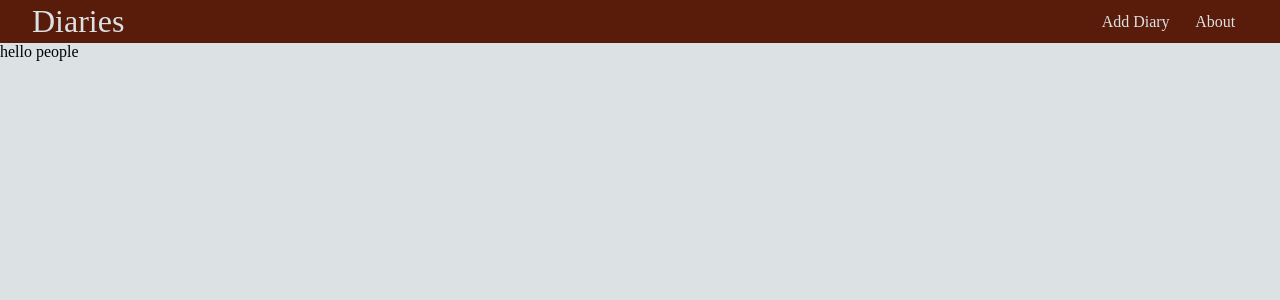
Repository: Tun-Dev/mydiary
Page: /
The author's editor kept a copy of each file at every save. The page is drawn from the files as they stood at one save, then again after the next save.
The browser window is 1280 px wide. The pictures show the whole page.
The project was rebuilt for these pictures with package versions that can differ from the ones it lists, and the page was loaded fresh each time.

Above is the page before, as saved 2021-05-10 12:30:33.

### src/index.js
import React from 'react';
import ReactDOM from 'react-dom';
import {BrowserRouter} from 'react-router-dom'
import App from './App';


ReactDOM.render(

  <React.StrictMode>
  <BrowserRouter>
    <App />
    </BrowserRouter>
  </React.StrictMode>,
  document.getElementById('root')
);

// If you want to start measuring performance in your app, pass a function
// to log results (for example: reportWebVitals(console.log))
// or send to an analytics endpoint. Learn more: https://bit.ly/CRA-vitals

### src/App.js
import React, { useState, useEffect} from "react";
import GlobalStyle from './GlobalStyle'

// import styles
import Nav from './Layout/Nav.js';

function App() {
  // const [ name, setName ] = useState("");
  // useEffect( () => {
  //   fetch("https://my-json-server.typicode.com/Codeinwp/front-end-internship-api/posts")
  // .then((response) => response.json())
  // .then((data) => setName(data)
  // )
  // }, [] )
  return (
    <div className="App">
    <GlobalStyle />
    <Nav />
    <div className="container">
      <p>hello people </p>
    </div>
    </div>
  );
}

export default App;

### src/GlobalStyle.js
import {createGlobalStyle} from 'styled-components';

const GlobalStyle = createGlobalStyle`
  * {
      margin: 0;
      padding: 0;
      box-sizing: border-box;
  }
  body {

 background-color: #dce1e3;
}
 a {
    text-decoration: none;
}
`

export default GlobalStyle;

### src/Layout/Nav.js
import React from 'react';
import styled from 'styled-components';
import {Link} from 'react-router-dom'

const Nav = () => {
    return (
        <NavBar>
          <nav>
         <div className="header">
           Diaries
         </div>
         <ul className="navItens">
           <li><Link to="">Add Diary</Link></li>
           <li><Link to="">About</Link></li>
         </ul>
          </nav>
        </NavBar>
    )
}
const NavBar = styled.div`

  nav {
    display: flex;
    justify-content: space-between;
    align-items: center;
    background-color: #591c0b;
     height: 6vh;
     color: #dce1e3;
}
.header {
    margin: 0 2rem;
    font-size: 2rem;
}
ul {
    display: flex;
    margin: 0 2rem;
}
ul li {
    list-style: none;
    margin: 0 0.8rem;
}
ul li a {
    color: #dce1e3;
}
`;

export default Nav;

Loaded but not shown: public/index.html (common file)

After the next save:
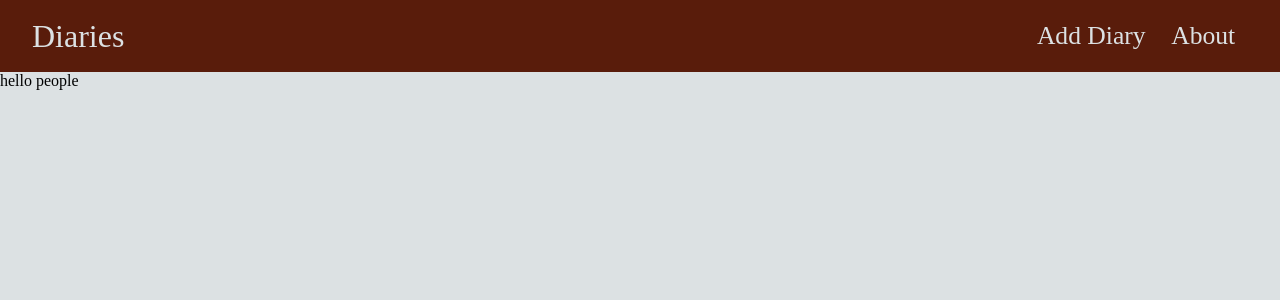
Saved 42 s later.
--- a/src/Layout/Nav.js
+++ b/src/Layout/Nav.js
@@ -24,7 +24,7 @@ const NavBar = styled.div`
     justify-content: space-between;
     align-items: center;
     background-color: #591c0b;
-     height: 6vh;
+     height: 10vh;
      color: #dce1e3;
 }
 .header {
@@ -41,6 +41,7 @@ ul li {
 }
 ul li a {
     color: #dce1e3;
+    font-size: 1.6rem;
 }
 `;
 
